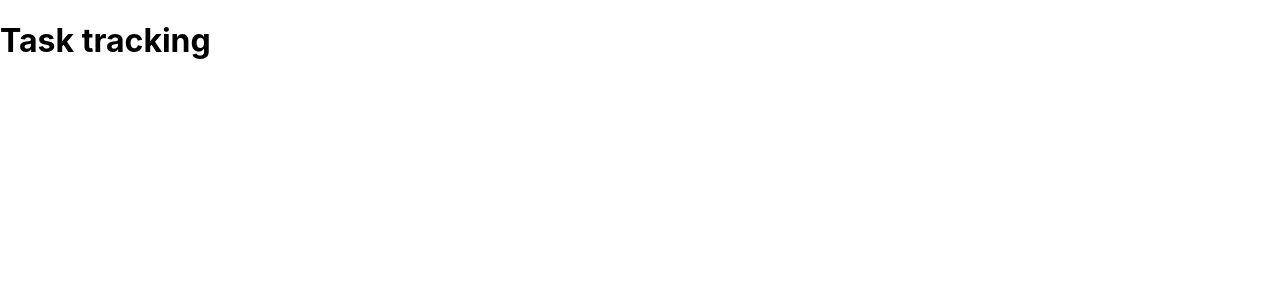
Repository: feyroozecode/task_tracker
Page: /
These files come from the project's save history. The page is drawn as it stood at one moment and after a run of saves; the edit follows.
The browser window is 1280 px wide. The pictures show the whole page.
The project was rebuilt for these pictures with package versions that can differ from the ones it lists, and the page was loaded fresh each time. Also part of the build but not shown: src/App.css.

Above is the page before, as saved 2023-10-19 12:16:53.

### public/index.html
<!DOCTYPE html>
<html lang="en">
  <head>
    <meta charset="utf-8" />
    <link rel="icon" href="%PUBLIC_URL%/favicon.ico" />
    <meta name="viewport" content="width=device-width, initial-scale=1" />
    <meta name="theme-color" content="#000000" />
    <meta
      name="description"
      content="Web site created using create-react-app"
    />
    <link rel="apple-touch-icon" href="%PUBLIC_URL%/logo192.png" />

    <link rel="manifest" href="%PUBLIC_URL%/manifest.json" />

    <title>React App</title>
  </head>
  <body>
    <noscript>You need to enable JavaScript to run this app.</noscript>

    <div id="root"></div>

  </body>
</html>

### src/App.js
import './App.css';

function App() {


  return (
    <div className="container">
      <h1>Task tracking </h1>
      <h3></h3>
    </div>
  );
}

export default App;

Loaded but not shown: src/index.js (common file); src/index.css (common file); src/reportWebVitals.js (common file)

After the next 2 saves:
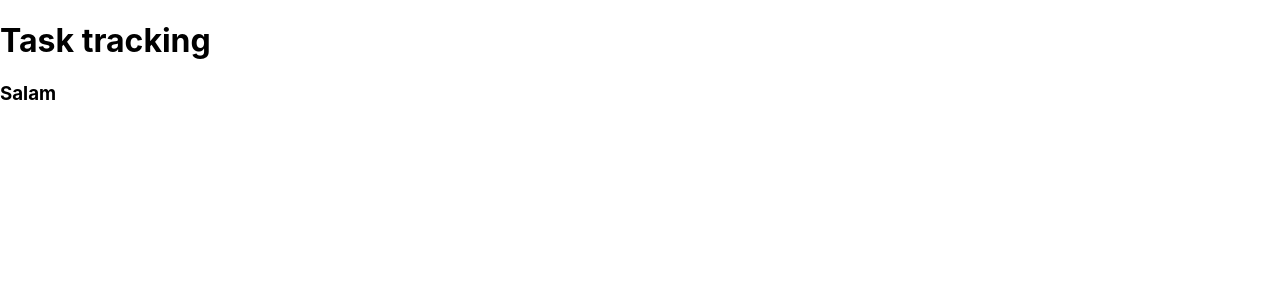
The 2 saves are shown as one change because they came seconds apart.
The last was saved 34 s later.
--- a/src/App.js
+++ b/src/App.js
@@ -6,7 +6,7 @@ function App() {
   return (
     <div className="container">
       <h1>Task tracking </h1>
-      <h3></h3>
+      <h3>Salam {} </h3>
     </div>
   );
 }
